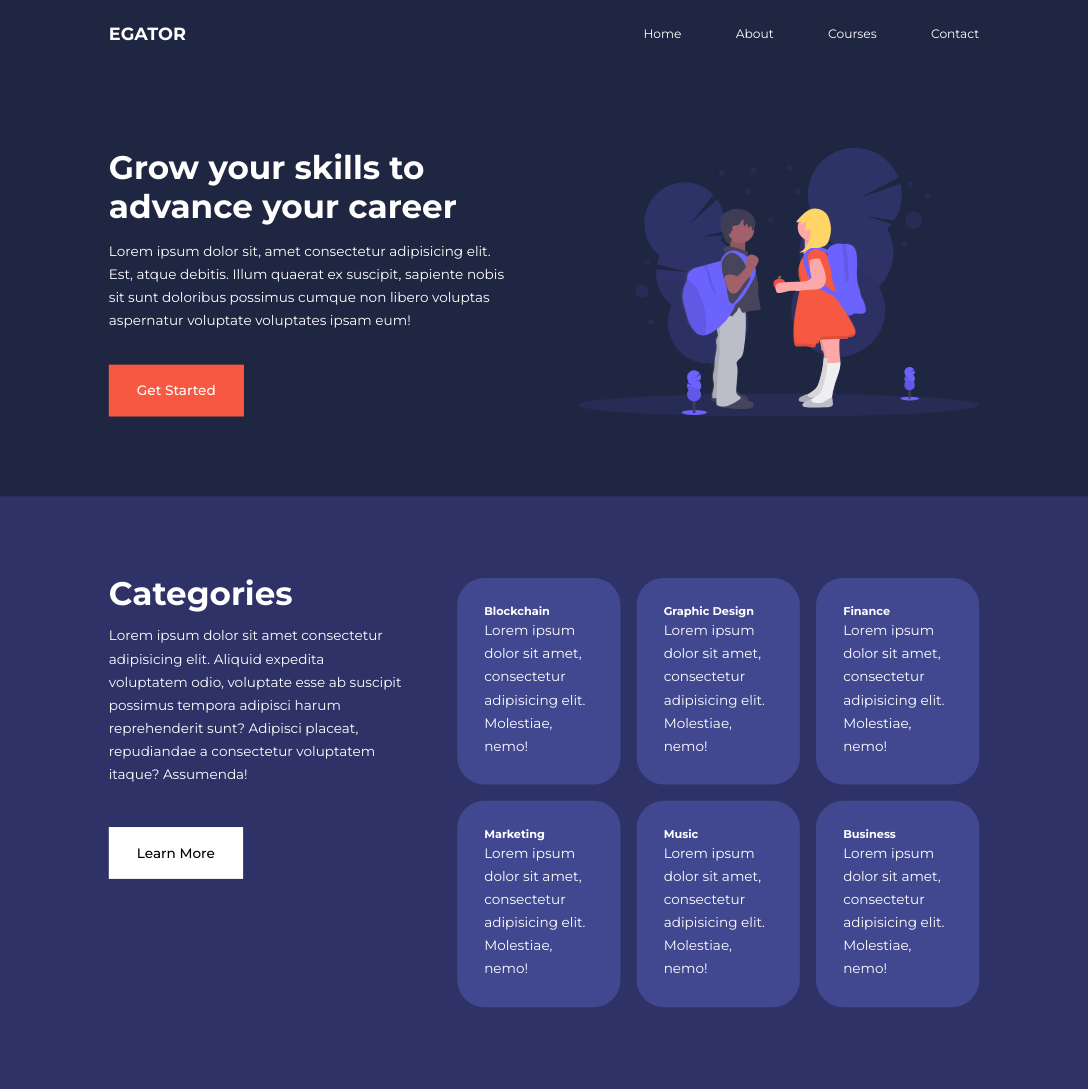
Repository: QUANGTHAI2003/education-web
Page: index.html
These files come from the project's save history. The page is drawn as it stood at one moment and after the next save; the edit follows.
The browser window is 1280 px wide. The pictures show the whole page, at 85% of full size.
Some icons come from a web library that is not loaded, so they are not drawn.

Above is the page before, as saved 2022-03-11 11:55:15.

### index.html
<!DOCTYPE html>
<html lang="en">
    <head>
        <meta charset="UTF-8" />
        <meta http-equiv="X-UA-Compatible" content="IE=edge" />
        <meta name="viewport" content="width=device-width, initial-scale=1.0" />
        <title>Responsive Multipage Education</title>
        <!-- ICONSCOUT CDN -->
        <link
            rel="stylesheet"
            href="https://unicons.iconscout.com/release/v2.1.6/css/unicons.css"
        />
        <!-- GOOGLE FONTS -->
        <link rel="preconnect" href="https://fonts.googleapis.com" />
        <link rel="preconnect" href="https://fonts.gstatic.com" crossorigin />
        <link
            href="https://fonts.googleapis.com/css2?family=Montserrat:wght@300;400;500;600;700;800;900&family=Poppins:wght@300;400;600&display=swap"
            rel="stylesheet"
        />

        <link rel="stylesheet" href="./css/style.css" />
    </head>
    <body>
        <nav>
            <div class="container nav__container">
                <a href="index.html">
                    <h4>EGATOR</h4>
                </a>
                <ul class="nav__menu">
                    <li><a href="index.html">Home</a></li>
                    <li><a href="about.html">About</a></li>
                    <li><a href="courses.html">Courses</a></li>
                    <li><a href="contact.html">Contact</a></li>
                </ul>
                <button id="open-menu-btn">
                    <i class="uil uil-bars"></i>
                </button>
                <button id="close-menu-btn">
                    <i class="uil uil-multiply"></i>
                </button>
            </div>
        </nav>
        <!-- END OF NAVBAR -->
        <header>
            <div class="container header__container">
                <div class="header__left">
                    <h1>Grow your skills to advance your career</h1>
                    <p>
                        Lorem ipsum dolor sit, amet consectetur adipisicing elit. Est, atque
                        debitis. Illum quaerat ex suscipit, sapiente nobis sit sunt doloribus
                        possimus cumque non libero voluptas aspernatur voluptate voluptates ipsam
                        eum!
                    </p>
                    <a href="courses.html" class="btn btn-primary">Get Started</a>
                </div>
                <div class="header__right">
                    <div class="header__right-image">
                        <img src="./images/header.svg" />
                    </div>
                </div>
            </div>
        </header>
        <!-- END OF HEADER -->
        <section class="categories">
            <div class="container categories__container">
                <div class="categories__left">
                    <h1>Categories</h1>
                    <p>
                        Lorem ipsum dolor sit amet consectetur adipisicing elit. Aliquid expedita
                        voluptatem odio, voluptate esse ab suscipit possimus tempora adipisci harum
                        reprehenderit sunt? Adipisci placeat, repudiandae a consectetur voluptatem
                        itaque? Assumenda!
                    </p>
                    <a href="#" class="btn">Learn More</a>
                </div>
                <div class="categories__right">
                    <article class="category">
                        <span class="category__icon">
                            <i class="uil uil-bitcoin-circle"></i>
                        </span>
                        <h5>Blockchain</h5>
                        <p>
                            Lorem ipsum dolor sit amet, consectetur adipisicing elit. Molestiae,
                            nemo!
                        </p>
                    </article>
                    <article class="category">
                        <span class="category__icon">
                            <i class="uil uil-palette"></i>
                        </span>
                        <h5>Graphic Design</h5>
                        <p>
                            Lorem ipsum dolor sit amet, consectetur adipisicing elit. Molestiae,
                            nemo!
                        </p>
                    </article>
                    <article class="category">
                        <span class="category__icon">
                            <i class="uil uil-usd-circle"></i>
                        </span>
                        <h5>Finance</h5>
                        <p>
                            Lorem ipsum dolor sit amet, consectetur adipisicing elit. Molestiae,
                            nemo!
                        </p>
                    </article>
                    <article class="category">
                        <span class="category__icon">
                            <i class="uil uil-megaphone"></i>
                        </span>
                        <h5>Marketing</h5>
                        <p>
                            Lorem ipsum dolor sit amet, consectetur adipisicing elit. Molestiae,
                            nemo!
                        </p>
                    </article>
                    <article class="category">
                        <span class="category__icon">
                            <i class="uil uil-music"></i>
                        </span>
                        <h5>Music</h5>
                        <p>
                            Lorem ipsum dolor sit amet, consectetur adipisicing elit. Molestiae,
                            nemo!
                        </p>
                    </article>
                    <article class="category">
                        <span class="category__icon">
                            <i class="uil uil-puzzle-piece"></i>
                        </span>
                        <h5>Business</h5>
                        <p>
                            Lorem ipsum dolor sit amet, consectetur adipisicing elit. Molestiae,
                            nemo!
                        </p>
                    </article>
                </div>
            </div>
        </section>
    </body>
</html>

### css/style.css
* {
    margin: 0;
    padding: 0;
    border: 0;
    outline: 0;
    text-decoration: none;
    list-style: none;
    box-sizing: border-box;
}

:root {
    --color-primary: #6c63ff;
    --color-success: #00bf8e;
    --color-warning: #f7c94b;
    --color-danger: #f75842;
    --color-danger-variant: rgba(247, 88, 66, 0.4);
    --color-white: #fff;
    --color-light: rgba(255, 255, 255, 0.7);
    --color-black: #000;
    --color-bg: #1f2641;
    --color-bg1: #2e3267;
    --color-bg2: #424890;

    --container-width-lg: 80%;
    --container-width-md: 90%;
    --container-width-sm: 94%;

    --transition: all 400ms ease;
}

body {
    font-family: 'Montserrat', sans-serif;
    line-height: 1.7;
    color: var(--color-white);
    background: var(--color-bg);
}

.container {
    width: var(--container-width-lg);
    margin: 0 auto;
}

section {
    padding: 6rem 0;
}

section h2 {
    text-align: center;
    margin-bottom: 4rem;
}

h1,
h2,
h3,
h4,
h5 {
    line-height: 1.2;
}

h1 {
    font-size: 2.4rem;
}

h2 {
    font-size: 2rem;
}

h3 {
    font-size: 1.3rem;
}

h4 {
    font-size: 1.3rem;
}

a {
    color: var(--color-white);
}

img {
    width: 100%;
    display: block;
    object-fit: cover;
}

.btn {
    display: inline-block;
    background: var(--color-white);
    color: var(--color-black);
    padding: 1rem 2rem;
    border: 1px solid transparent;
    font-weight: 500;
    transition: var(--transition);
}

.btn:hover {
    background: transparent;
    color: var(--color-white);
    border-color: var(--color-white);
}

.btn-primary {
    background: var(--color-danger);
    color: var(--color-white);
}

/* ================= NAVBAR =================*/
nav {
    background: transparent;
    width: 100vw;
    height: 5rem;
    position: fixed;
    top: 0;
    z-index: 11;
}

.nav__container {
    height: 100%;
    display: flex;
    justify-content: space-between;
    align-items: center;
}

nav button {
    display: none;
}

.nav__menu {
    display: flex;
    align-items: center;
    gap: 4rem;
}

.nav__menu a {
    font-size: 0.9rem;
    transition: var(--transition);
}

.nav__menu a:hover {
    color: var(--color-bg2);
}

/* ================= HEADER =================*/
header {
    position: relative;
    top: 5rem;
    overflow: hidden;
    height: 70vh;
    margin-bottom: 5rem;
}

.header__container {
    display: grid;
    grid-template-columns: repeat(2, 1fr);
    align-items: center;
    gap: 5rem;
    height: 100%;
}

.header__left p {
    margin: 1rem 0 2.4rem;
}

/* ================= CATEGORIES =================*/
.categories {
    background: var(--color-bg1);
}

.categories h1 {
    line-height: 1;
}

.categories__container {
    display: grid;
    grid-template-columns: 40% 60%;
}

.categories__left {
    margin-right: 4rem;
}

.categories__left p {
    margin: 1rem 0 3rem;
}

.categories__right {
    display: grid;
    grid-template-columns: repeat(3, 1fr);
    gap: 1.2rem;
}

.category {
    background: var(--color-bg2);
    padding: 2rem;
    border-radius: 2rem;
    transition: var(--transition);
}

.category:hover {
    box-shadow: 0 3rem 3rem rgba(0, 0, 0, 0.3);
}

After the next save:
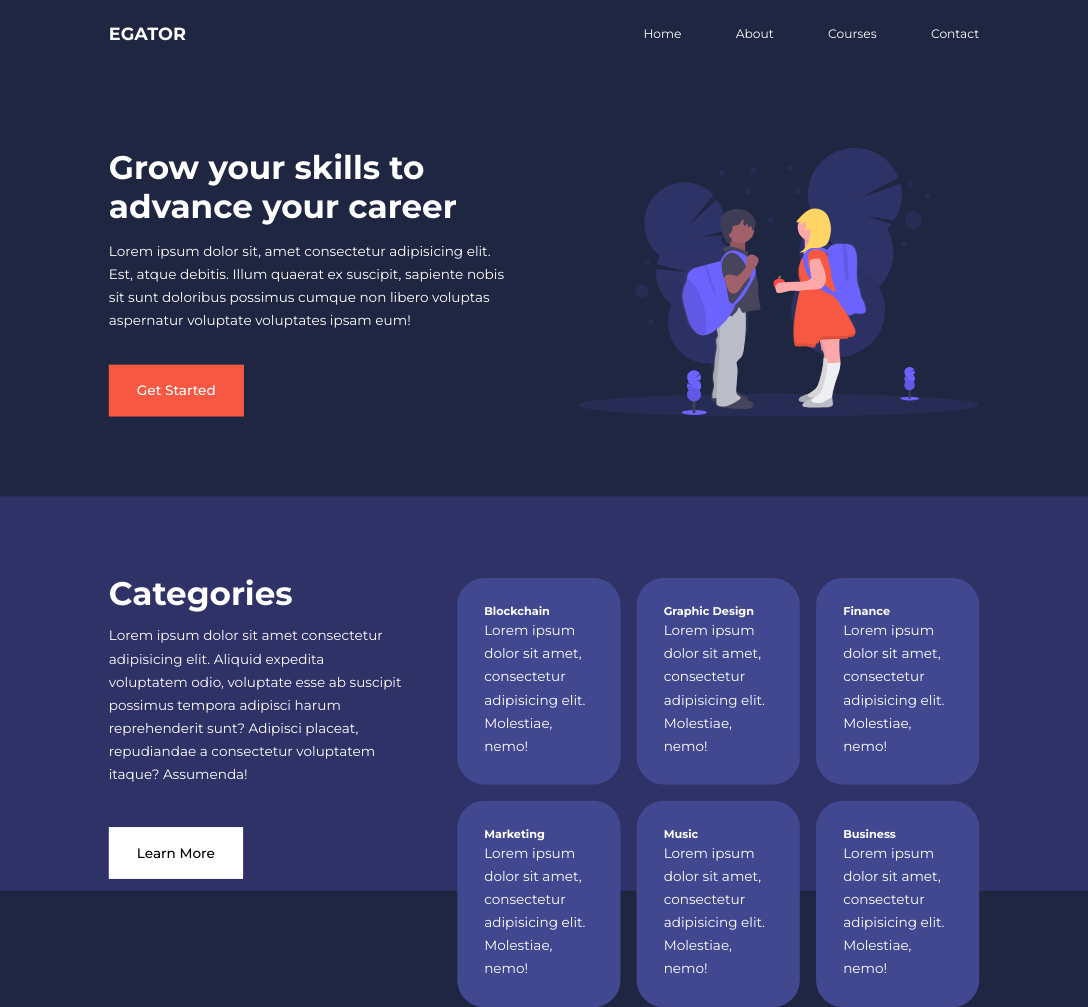
Saved 57 s later.
--- a/css/style.css
+++ b/css/style.css
@@ -164,6 +164,7 @@ header {
 /* ================= CATEGORIES =================*/
 .categories {
     background: var(--color-bg1);
+    height: 29rem;
 }
 
 .categories h1 {
